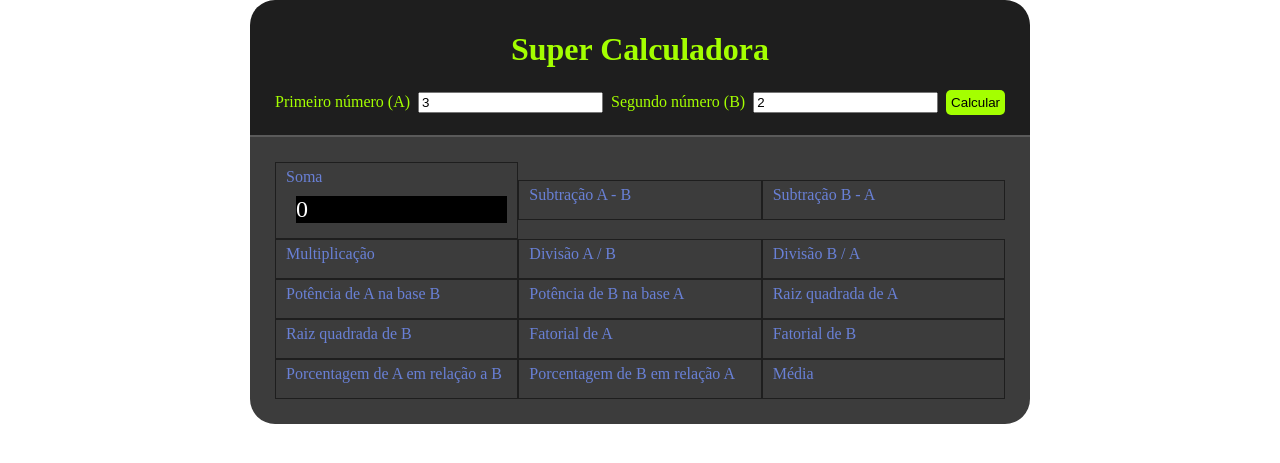
Repository: rrresck/supercalc-xpe
Page: index.html
An editor plug-in stored every save of this project. The page is shown before and after the next save, followed by the edit.
The browser window is 1280 px wide. The pictures show the whole page.

Above is the page before, as saved 2023-02-10 20:51:07.
Console error: TypeError: Cannot set properties of null (setting 'innerHTML')

After the next save:
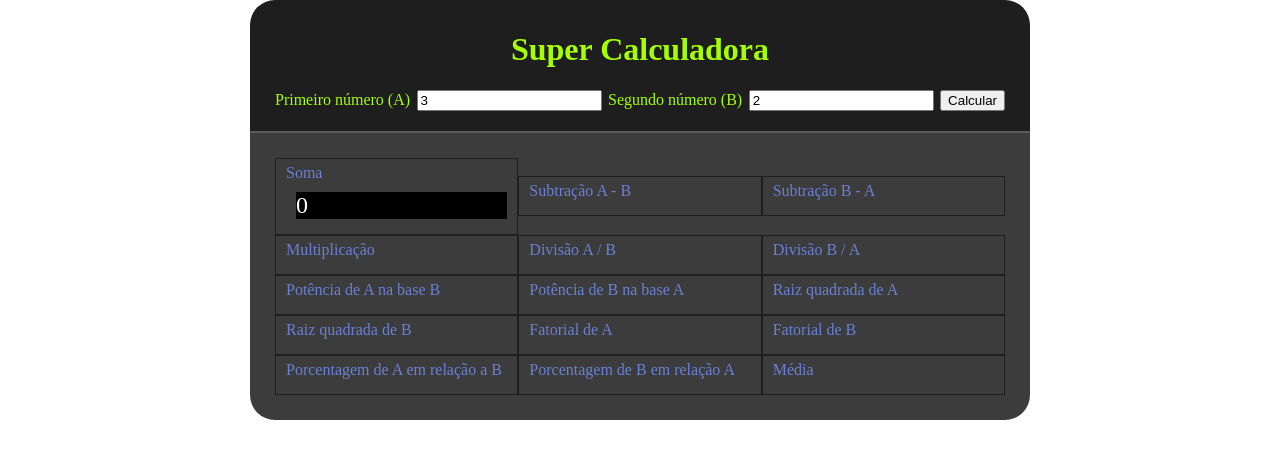
Saved 89 s later.
--- a/index.html
+++ b/index.html
@@ -15,7 +15,7 @@
             <input type="number" name="firstNumber" id="firstNumber" value="3">
             <label for="secondNumber">Segundo número (B)</label>
             <input type="number" name="secondNumber" id="secondNumber" value="2">
-            <input type="button" id="calculateButton" value="Calcular" onclick="calculate()"/>
+            <button id="#calculateButton"> Calcular </button>
         </div>
     </header>
     <main>
@@ -49,11 +49,11 @@
         </div>
         <div class="flex">
             <div class="calculus">
-                <p id="powerA">Potência de A na base B</p>
+                <p id="powerALabel">Potência de A na base B</p>
                 <p class="result" id="powerARes"></p>
             </div>
             <div class="calculus">
-                <p id="powerB">Potência de B na base A</p>
+                <p id="powerBLabel">Potência de B na base A</p>
                 <p class="result" id="powerBRes"></p>
             </div>
             <div class="calculus">
@@ -63,11 +63,11 @@
         </div>
         <div class="flex">
             <div class="calculus">
-                <p id="squareB">Raiz quadrada de B</p>
+                <p id="squareBLabel">Raiz quadrada de B</p>
                 <p class="result" id="squareBRes"></p>
             </div>
             <div class="calculus">
-                <p id="factorialA">Fatorial de A</p>
+                <p id="factorialALabel">Fatorial de A</p>
                 <p class="result" id="factorialARes"></p>
             </div>
             <div class="calculus">
@@ -77,11 +77,11 @@
         </div>
         <div class="flex">
             <div class="calculus">
-                <p id="percentage">Porcentagem de A em relação a B</p>
+                <p id="percentageALabel">Porcentagem de A em relação a B</p>
                 <p class="result" id="percentageARes"></p>
             </div>
             <div class="calculus">
-                <p id="percentage">Porcentagem de B em relação A</p>
+                <p id="percentageBLabel">Porcentagem de B em relação A</p>
                 <p class="result" id="percentageBRes"></p>
             </div>
             <div class="calculus">
